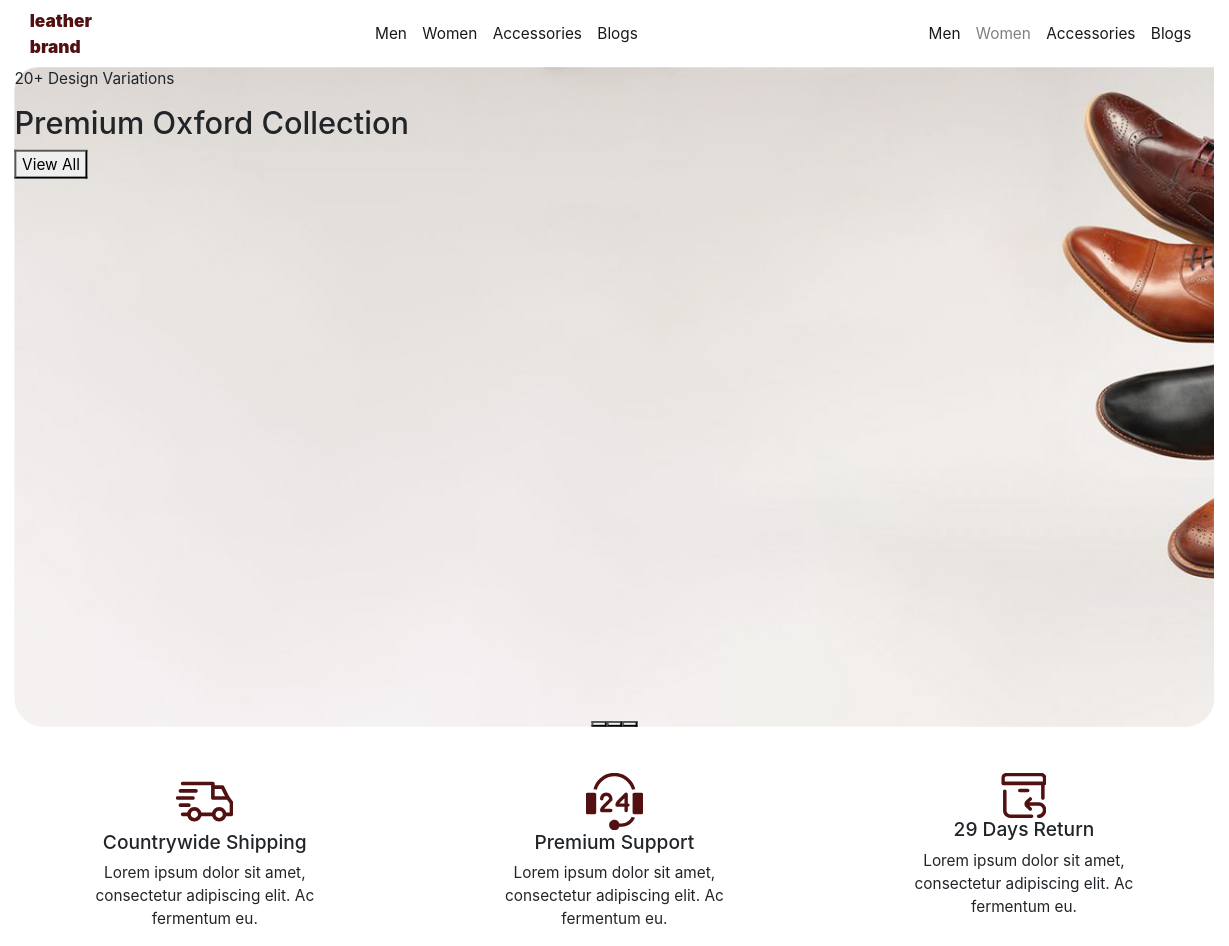
Repository: arif286/fashion-house
Page: /
An editor plug-in stored every save of this project. The page is shown before and after the next save, followed by the edit.
The browser window is 1280 px wide. The pictures show the whole page, at 96% of full size.
The project was rebuilt for these pictures with package versions that can differ from the ones it lists, and the page was loaded fresh each time. The framework's server and built-in components were replaced by stand-ins that run in the browser. Also part of the build but not shown: nuxt.config.js, components/Contact.vue, components/DisplayCollection.vue, components/Footer.vue, components/NewCollection.vue, components/NuxtLogo.vue, components/Products.vue, components/Tutorial.vue.

Above is the page before, as saved 2021-07-11 22:20:27.

After the next save:
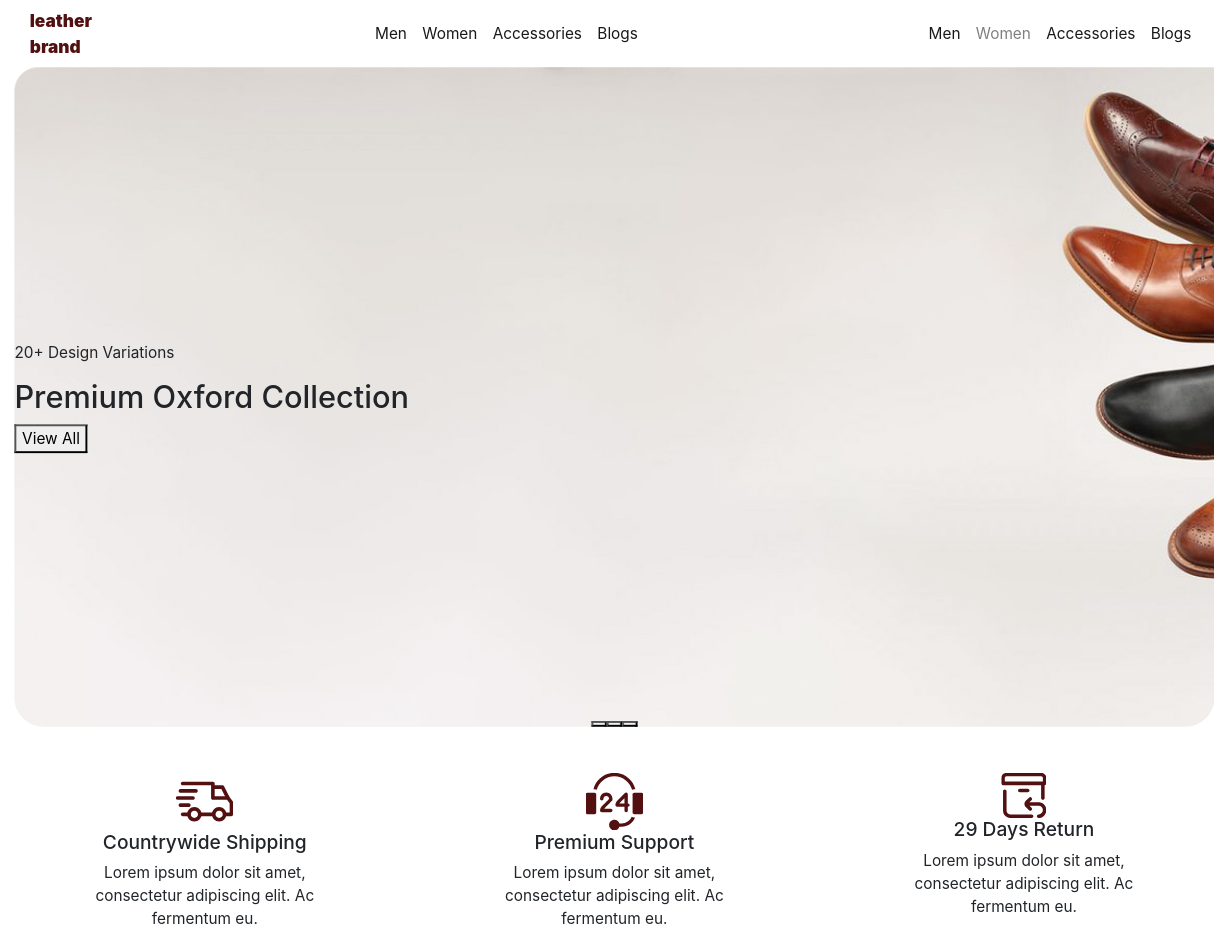
Saved 52 s later.
--- a/components/Slider.vue
+++ b/components/Slider.vue
@@ -28,7 +28,7 @@
         ></button>
       </div>
       <div class="carousel-inner">
-        <div class="carousel-item active">
+        <div class="carousel-item active d-flex align-items-center">
           <div class="slider-content">
             <p>20+ Design Variations</p>
             <h2>Premium Oxford Collection</h2>
